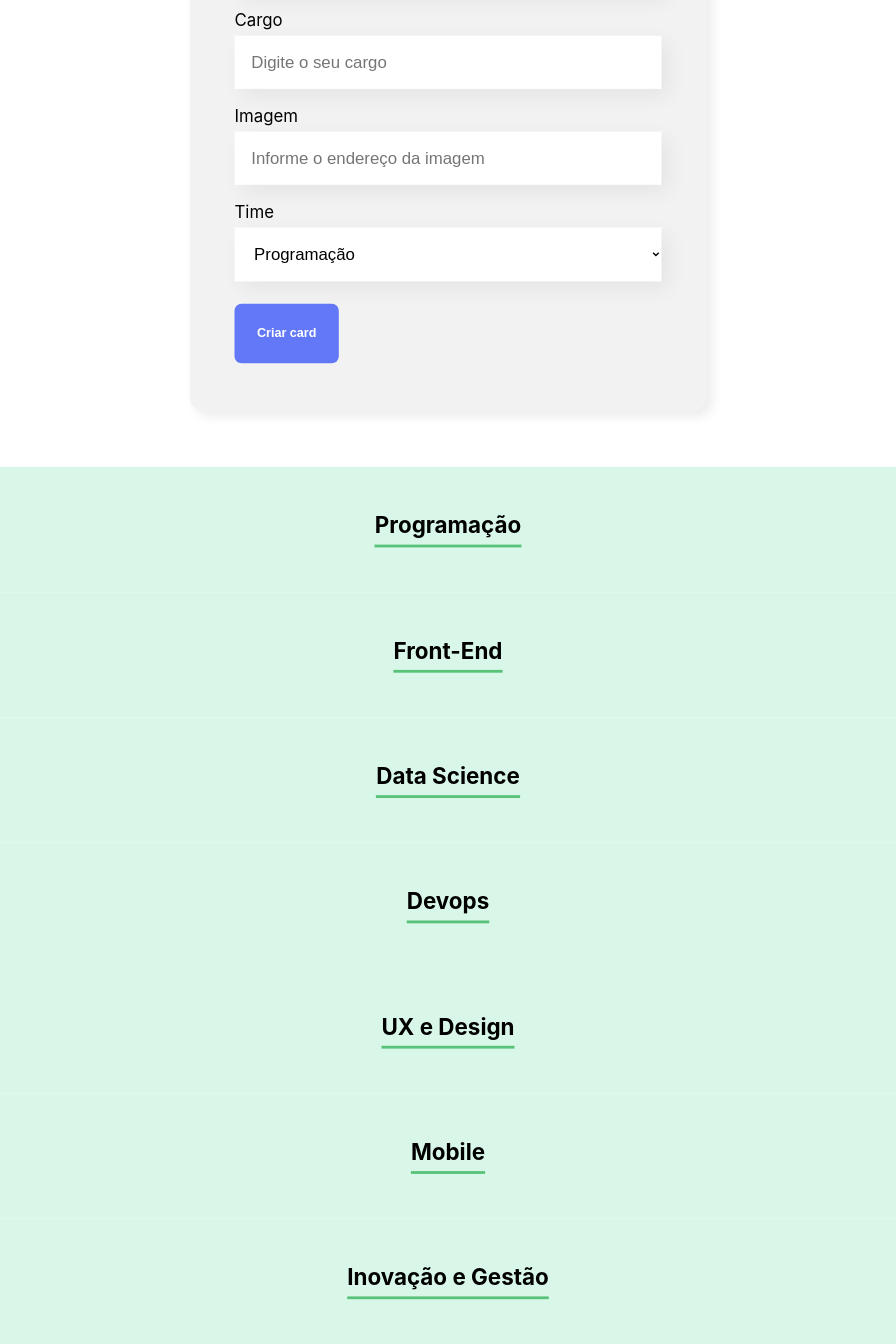
Repository: devMuriloOliveira/organo
Page: /
An editor plug-in stored every save of this project. The page is shown before and after the next save, followed by the edit.
The browser window is 1280 px wide. The pictures show the part of the page from y = 810 to 2730 px (the page is 2730 px tall), at 70% of full size.
The project was rebuilt for these pictures with package versions that can differ from the ones it lists, and the page was loaded fresh each time.

Above is the page before, as saved 2023-01-13 15:51:08.

After the next save:
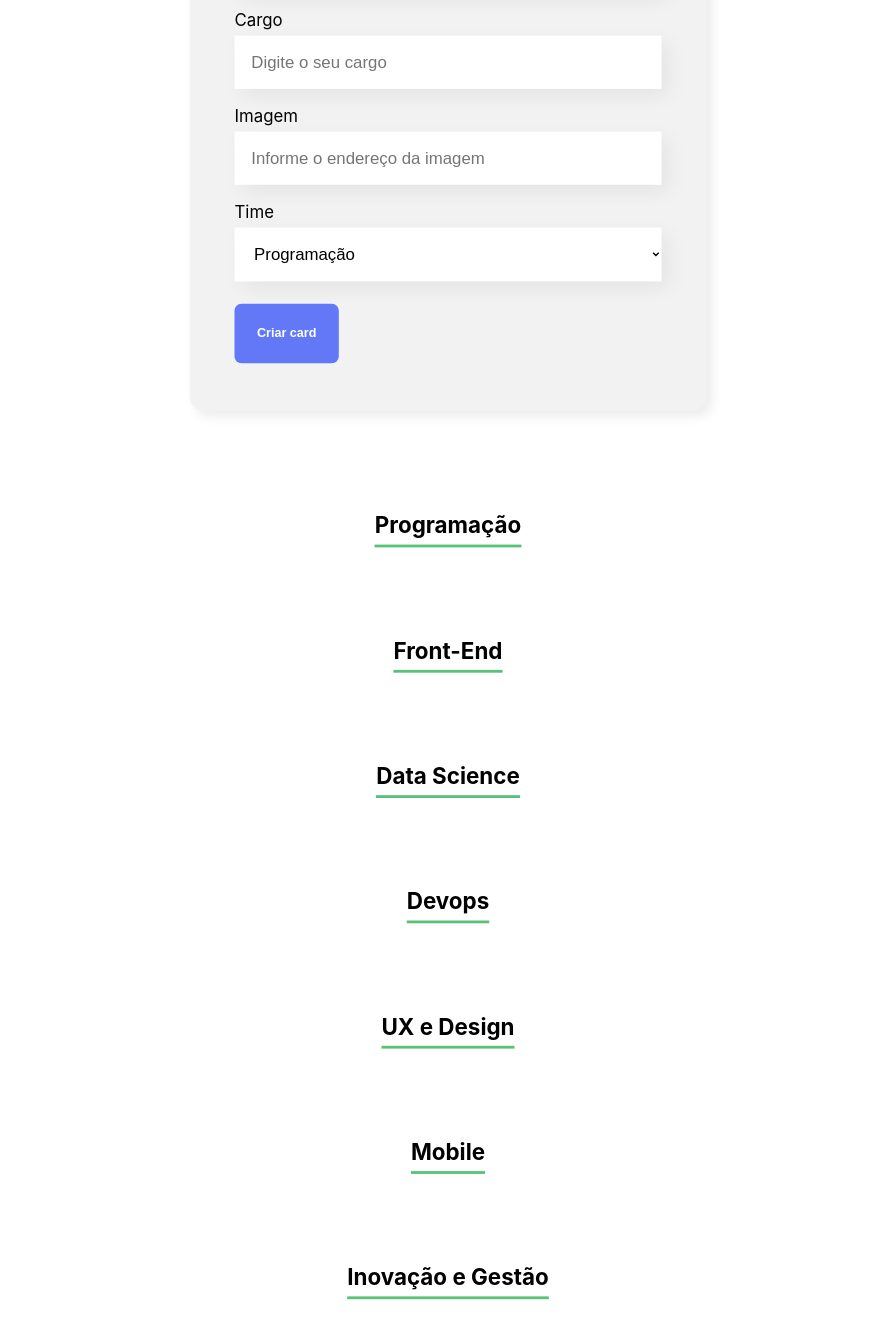
Saved 3 min 46 s later.
--- a/src/componentes/Time/Time.css
+++ b/src/componentes/Time/Time.css
@@ -1,7 +1,7 @@
 .time {
   text-align: center;
   padding: 32px;
-  background-color: #D9F7E9;
+
 }
 
 .time h3 {
